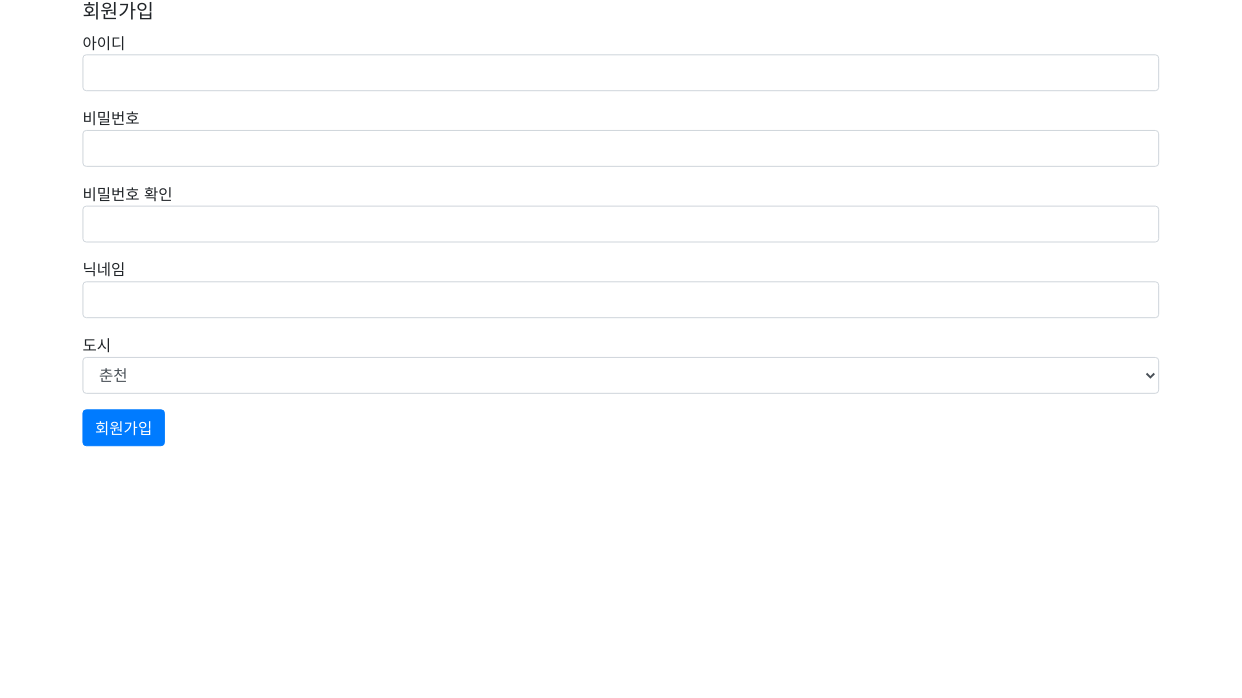
Repository: Seongjoo-Shin/webServer
Page: http://localhost/project/project/register.jsp
These files come from the project's save history. The page is drawn as it stood at one moment and after the next save; the edit follows.
The browser window is 1280 px wide. The pictures show the whole page, at 97% of full size.
The page is served by Tomcat 9. Other server files are loaded and not shown.

Above is the page before, as saved 2021-06-14 07:17:06.

### 20165514_신성주_웹서버구축_프로젝트_소스코드/project/WebContent/project/register.jsp
<%@ page language="java" contentType="text/html; charset=utf-8"
    pageEncoding="utf-8"%>
<!DOCTYPE html>
<html>
<head>
<meta charset="utf-8">
<title>회원가입</title>
<link rel="stylesheet" href="https://stackpath.bootstrapcdn.com/bootstrap/4.3.1/css/bootstrap.min.css" integrity="sha384-ggOyR0iXCbMQv3Xipma34MD+dH/1fQ784/j6cY/iJTQUOhcWr7x9JvoRxT2MZw1T" crossorigin="anonymous">
</head>
<body>
	<div class="container" style="margin:0 auto;">
	<h5>회원가입</h5>
		<form method="post" action="register_process.jsp">
			<p>아이디<input type="text" name="user_id" class="form-control"></p>
			<p>비밀번호<input type="password" name="user_pwd" class="form-control"></p>
			<p>비밀번호 확인<input type="password" name="user_pwd_check" class="form-control"></p>
			<p>닉네임<input type="text" name="user_nick" class="form-control"></p>
			<p>도시
				<select name="user_city" class="form-control">
					<option value="ChunCheon">춘천</option>
					<option value="Seoul">서울</option>
					<option value="Others">기타</option>
				</select>
			</p>
			<p><input type="submit" name="signin" value="회원가입" class="btn btn-primary"></p>
		</form>
	</div>

</body>
</html>

After the next save:
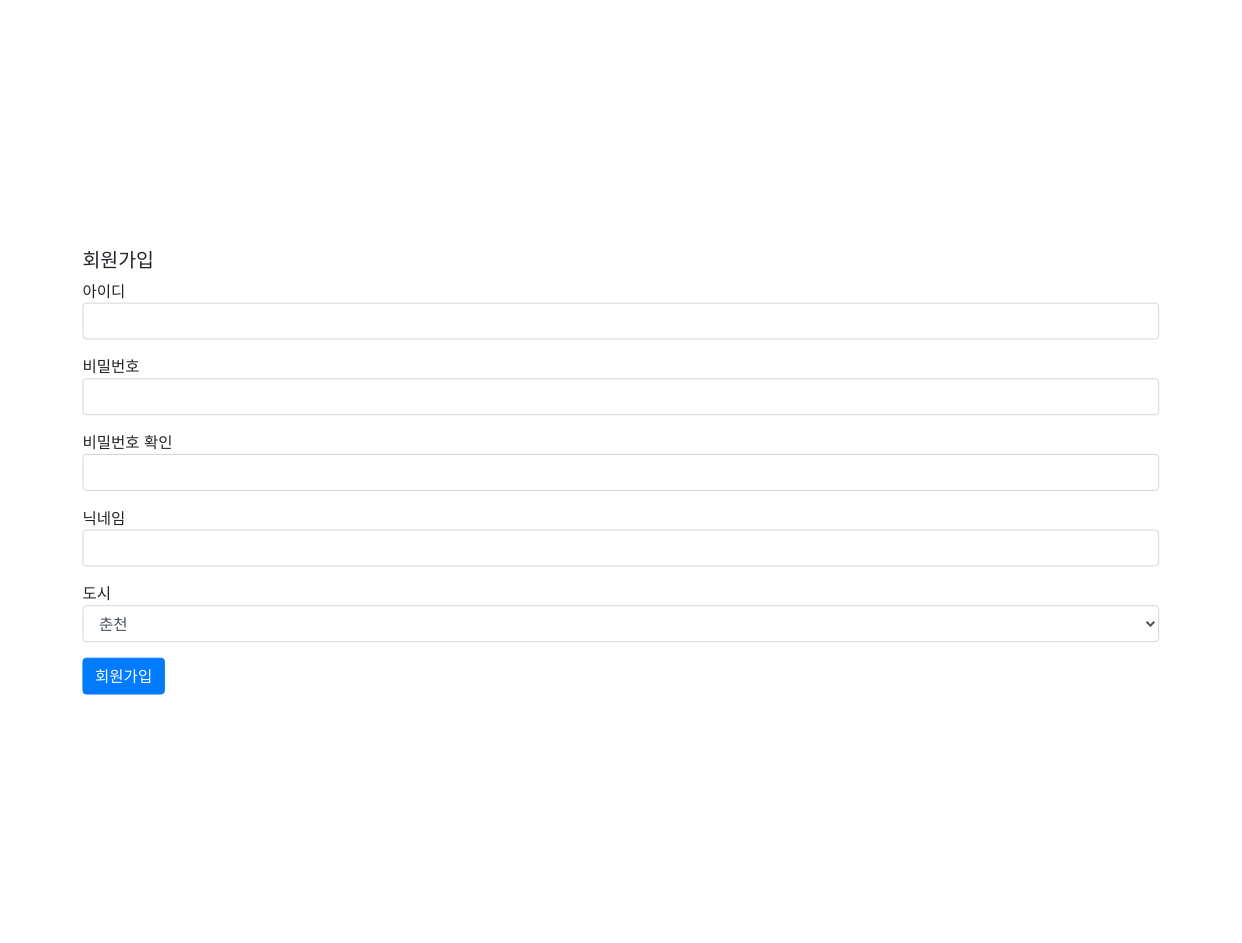
Saved 22 s later.
--- a/20165514_신성주_웹서버구축_프로젝트_소스코드/project/WebContent/project/register.jsp
+++ b/20165514_신성주_웹서버구축_프로젝트_소스코드/project/WebContent/project/register.jsp
@@ -8,7 +8,7 @@
 <link rel="stylesheet" href="https://stackpath.bootstrapcdn.com/bootstrap/4.3.1/css/bootstrap.min.css" integrity="sha384-ggOyR0iXCbMQv3Xipma34MD+dH/1fQ784/j6cY/iJTQUOhcWr7x9JvoRxT2MZw1T" crossorigin="anonymous">
 </head>
 <body>
-	<div class="container" style="margin:0 auto;">
+	<div class="container" style="margin:20% auto;">
 	<h5>회원가입</h5>
 		<form method="post" action="register_process.jsp">
 			<p>아이디<input type="text" name="user_id" class="form-control"></p>
